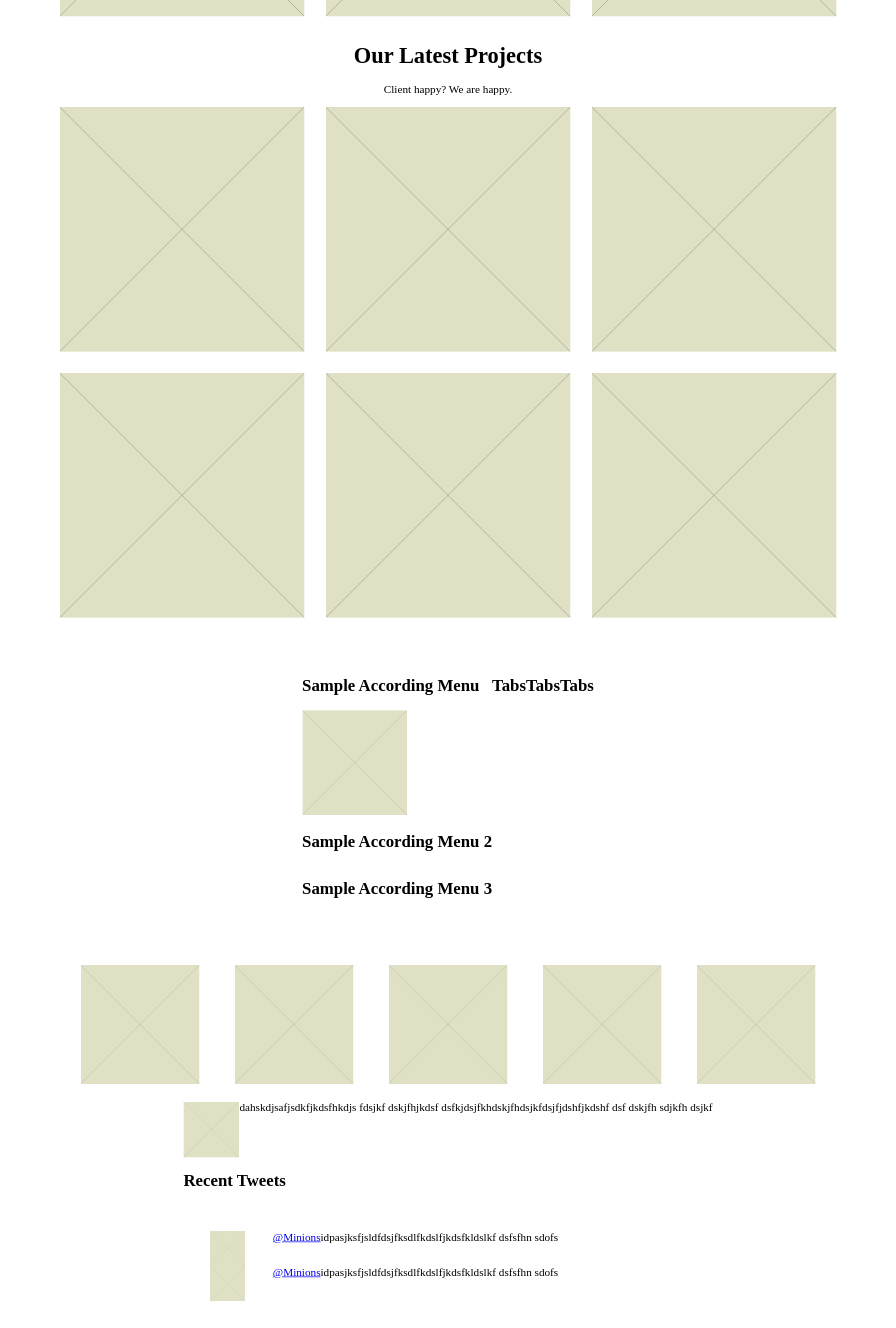
Repository: ReallyNguyen/responsive-web
Page: index.html
An editor plug-in stored every save of this project. The page is shown before and after the next save, followed by the edit.
The browser window is 1280 px wide. The pictures show the part of the page from y = 891 to 2811 px (the page is 2788 px tall before and 2811 px after), at 70% of full size.

Above is the page before, as saved 2023-01-25 22:03:38.

### index.html
<!doctype html>
<html class="no-js" lang="">

<head>
  <meta charset="utf-8">
  <title></title>
  <meta name="description" content="">
  <meta name="viewport" content="width=device-width, initial-scale=1">

  <meta property="og:title" content="">
  <meta property="og:type" content="">
  <meta property="og:url" content="">
  <meta property="og:image" content="">

  <link rel="manifest" href="site.webmanifest">
  <link rel="apple-touch-icon" href="icon.png">
  <!-- Place favicon.ico in the root directory -->

  <link rel="stylesheet" href="css/normalize.css">
  <link rel="stylesheet" href="css/main.css">

  <meta name="theme-color" content="#fafafa">
</head>

<body>
  <header>
    <div class="nav-bar">
      <h1 class="company-name" >Metrolics</h1>
      <img class="logo" src="placeholder.svg" alt="company logo" width="50" height="50">
      <img class="accordian" src="placeholder.svg" alt="accordian here" width="50" height="50">

    </div>

    <div class="introduction">
      <h1> Hey guys! This is the Metrolics theme. It sports a responsive layout with a mobile layout.</h1>
    </div>


  </header>



  <article>

    <div class="Title">
      <h1>
        Things we do
      </h1>
      <p>
        ask what we do
      </p>
    </div>

    <main>

      <div class="Contents">
        <div class="Content">
          <img src="placeholder.svg" alt="" width="50" height="50">
          <div class="Description">
            <h4 class="topic">
              Web Solution
            </h4>
            <p> ajisdjsad</p>
          </div>
        </div>

        <div class="Content">
          <img src="placeholder.svg" alt="" width="50" height="50">
          <div class="Description">
            <h4 class="topic">
              Photography
            </h4>
            <p> ajisdjsad</p>
          </div>
        </div>

        <div class="Content">
          <img src="placeholder.svg" alt="" width="50" height="50">
          <div class="Description">
            <h4 class="topic">
              Web Development
            </h4>
            <p> ajisdjsad</p>
          </div>
        </div>

        <div class="Content">
          <img src="placeholder.svg" alt="" width="50" height="50">
          <div class="Description">
            <h4 class="topic">
              Web Design
            </h4>
            <p> ajisdjsad</p>
          </div>
        </div>



      </div>

      <div class="whats_up_lately">

        <div class="Title">
          <h1>
            What's up lately?
          </h1>
          <p>
            Read up on our latest work
          </p>
        </div>

        <div class="Boxes">
          <img class="Sample" src="placeholder.svg" alt="" width="360" height="360">
          <img class="Sample" src="placeholder.svg" alt="" width="360" height="360">
          <img class="Sample" src="placeholder.svg" alt="" width="360" height="360">
        </div>
      </div>

      <div class="our_latest_projects">

        <div class="Title">
          <h1>
            Our Latest Projects
          </h1>
          <p>
            Client happy? We are happy.
          </p>
        </div>

        <div class="Boxes">
          <img class="Sample" src="placeholder.svg" alt="">
          <img class="Sample" src="placeholder.svg" alt="">
          <img class="Sample" src="placeholder.svg" alt="">
          <img class="Sample" src="placeholder.svg" alt="">
          <img class="Sample" src="placeholder.svg" alt="">
          <img class="Sample" src="placeholder.svg" alt="">
        </div>
      </div>

      <div class="Bottom">
        <div class="Menu">
          <div class="Menu1">
            <h2>Sample According Menu</h2>
            <div class="Desc-Menu1"></div>
            <img src="placeholder.svg" alt="" width="150" height="150">
          </div>
          <h2>Sample According Menu 2</h2>
          <h2>Sample According Menu 3</h2>
        </div>
        <div class="Tabs">
          <h2>Tabs</h2>
          <h2>Tabs</h2>
          <h2>Tabs</h2>
        </div>
      </div>

      <div class="Companies">
        <img class="Companies-Logo" src="placeholder.svg" alt="">
        <img class="Companies-Logo" src="placeholder.svg" alt="">
        <img class="Companies-Logo" src="placeholder.svg" alt="">
        <img class="Companies-Logo" src="placeholder.svg" alt="">
        <img class="Companies-Logo" src="placeholder.svg" alt="">
      </div>


      <footer>

        <div class="founder">
          <img src="placeholder.svg" alt="" width="80" height="80">
          <p> dahskdjsafjsdkfjkdsfhkdjs fdsjkf dskjfhjkdsf dsfkjdsjfkhdskjfhdsjkfdsjfjdshfjkdshf dsf dskjfh sdjkfh dsjkf</p>

        </div>



      <div class="recent-tweets">
        <h2> Recent Tweets </h2>


        <div class="social-box">

          <div class="social-box-contents">
          <img src="placeholder.svg" alt="" width="50" height="50">
          <div class="social-text-box">
            <a href="url"> @Minions </a>
            <p> idpasjksfjsldfdsjfksdlfkdslfjkdsfkldslkf dsfsfhn sdofs </p>
        </div>
         </div>

        <div class="social-box-contents">
          <img src="placeholder.svg" alt="" width="50" height="50">
          <div class="social-text-box">
            <a href="url"> @Minions </a>
            <p> idpasjksfjsldfdsjfksdlfkdslfjkdsfkldslkf dsfsfhn sdofs </p>
          </div>
        </div>

        </div>
      </div>

    </footer>

    </main>



  </article>
</body>

</html>

### css/main.css
.nav-bar {
  display: flex;
  flex-direction: row;
  justify-content: center;
  margin: 50px;
}

.introduction {
  display: flex;
  justify-content: center;
}

.founder {
  display: flex;
  justify-content: row;
}

.social-box {
  display: flex;
  justify-content: center;
  flex-direction: column;
  padding: 5%;

}



.social-text-box {
  display: flex;
  justify-content: center;
  padding-left: 40px;


}



.social-box-contents {
  display: flex;
  flex-direction: row;
}


article>div {
  margin: 15px;
}

.Title {
  display: flex;
  flex-direction: column;
  text-align: center;
  margin-top: 0;
}

main {
  display: flex;
  flex-direction: column;
  align-items: center;
}


.topic {
  margin: 0;
}

p {
  margin: 0px;
}

.Contents {
  display: flex;
  flex-direction: row;
}

.Content {
  display: flex;
  flex-direction: row;
  margin: 15px;
}

.Boxes {
  display: flex;
  display: flex;
  flex-wrap: wrap;
  justify-content: center;
}

.Sample {
  margin: 15px;
  width: 350px;
  height: 350px;
}

.Bottom {
  display: flex;
  flex-direction: row;
  margin: 50px;
}

.Menu {
  display: flex;
  flex-direction: column;
}

.Tabs {
  display: flex;
  flex-direction: row;
}

.Companies {
  display: flex;
  flex-direction: row;
}

.Companies-Logo {
  width: 170px;
  height: 170px;
  margin: 25px;
}

/* Small only */
@media screen and (max-width: 39.9375em) {
  header {
    display: flex;
    flex-direction: column;
    text-align: center;
    margin: 15px;
    font-size: 10px;
  }
}

/* Medium and up */
@media screen and (min-width: 40em) {
  h1 br {
    display: none;
  }

}

/* Medium only */
@media screen and (min-width: 40em) and (max-width: 63.9375em) {}

/* Large and up */
@media screen and (min-width: 64em) {}

/* Large only */
@media screen and (min-width: 64em) and (max-width: 74.9375em) {}

Loaded but not shown: css/normalize.css (library)

After the next save:
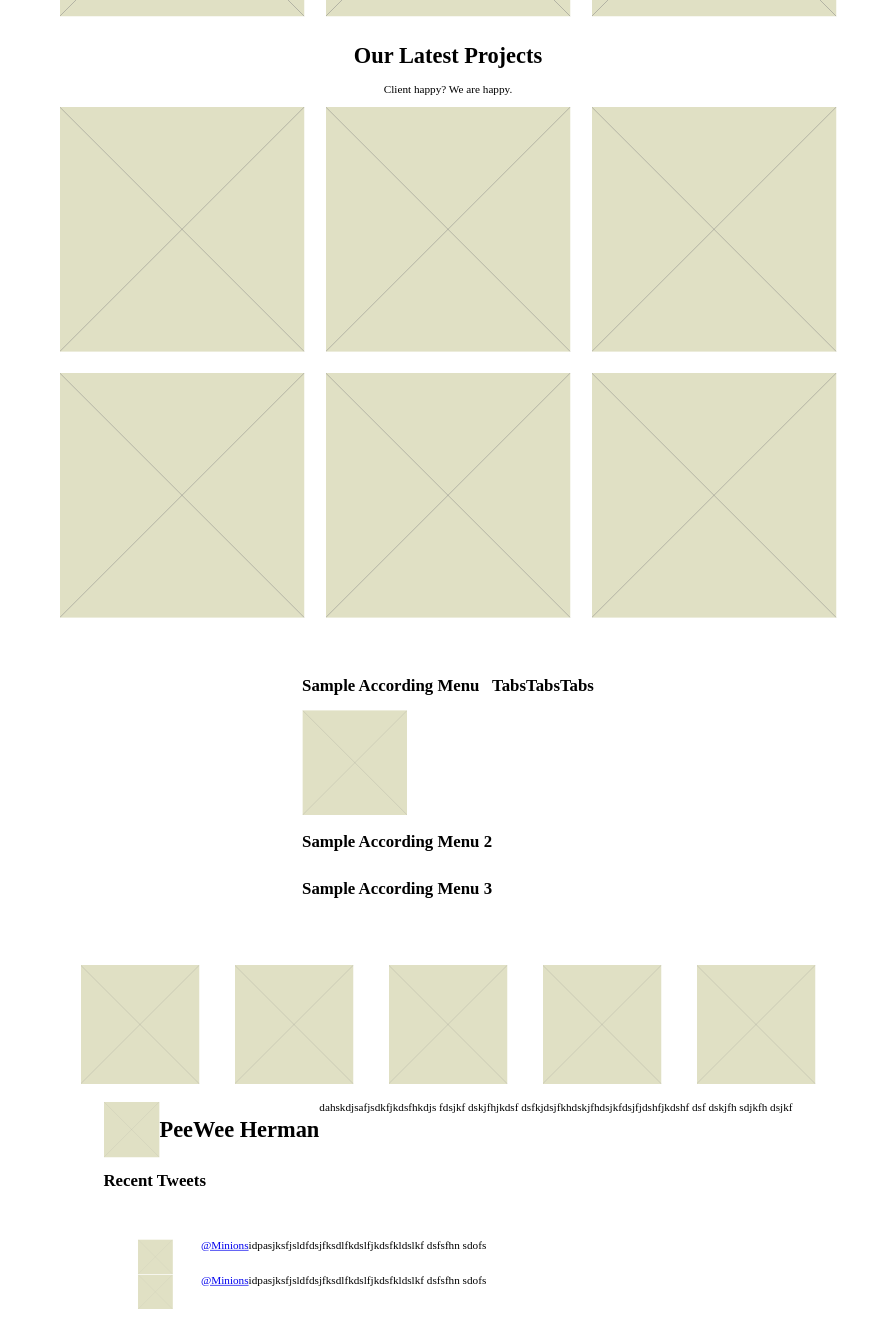
Saved 24 s later.
--- a/index.html
+++ b/index.html
@@ -167,6 +167,7 @@
 
         <div class="founder">
           <img src="placeholder.svg" alt="" width="80" height="80">
+          <h1> PeeWee Herman </h1>
           <p> dahskdjsafjsdkfjkdsfhkdjs fdsjkf dskjfhjkdsf dsfkjdsjfkhdskjfhdsjkfdsjfjdshfjkdshf dsf dskjfh sdjkfh dsjkf</p>
 
         </div>
